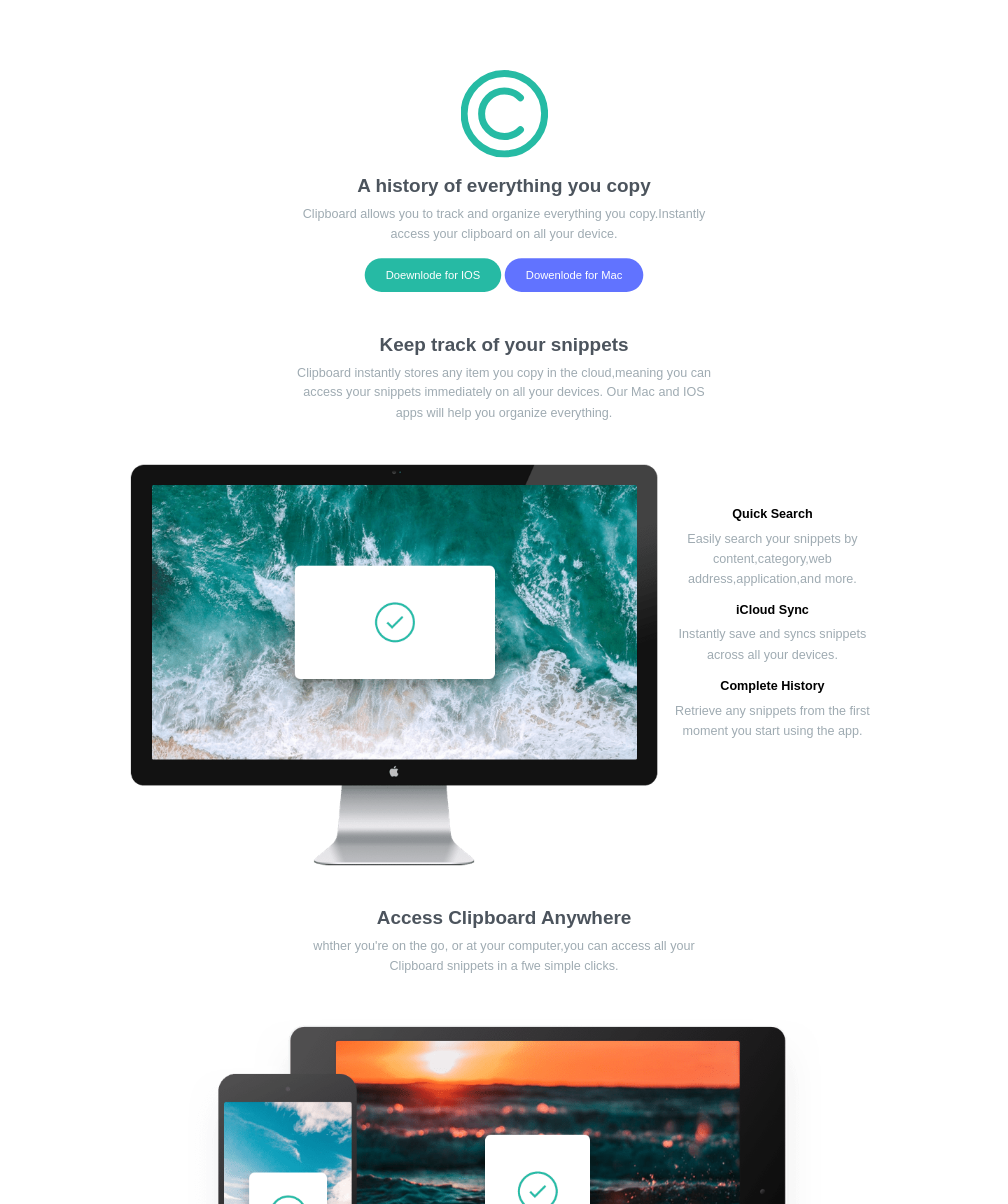
Repository: moataz305G/Clipboard-landing-page
Page: index.html
An editor plug-in stored every save of this project. The page is shown before and after the next save, followed by the edit.
The browser window is 1280 px wide. The page is 1440 px wide, so the pictures cover 1440 px, including what lies to the right of the window. The pictures show the part of the page from y = 0 to 1720 px (the page is 2908 px tall), at 70% of full size.

Above is the page before, as saved 2025-12-05 20:49:10.

### index.html
<!DOCTYPE html>
<html lang="en">
  <head>
    <meta charset="UTF-8" />
    <meta name="viewport" content="width=device-width, initial-scale=1.0" />

    <link
      rel="icon"
      type="image/png"
      sizes="32x32"
      href="./images/favicon-32x32.png"
    />
    <title>Clipboard landing page</title>
    <link rel="stylesheet" href="style.css" />
  </head>
  <body>
    <div class="container">
      <article>
        <div class="hero">
          <img class="logo" src="images/logo.svg" alt="Clipboard Logo" />

          <h1>A history of everything you copy</h1>
          <p>
            Clipboard allows you to track and organize everything you
            copy.Instantly access your clipboard on all your device.
          </p>
          <button class="IOS-button">Doewnlode for IOS</button>
          <button class="Mac-button">Dowenlode for Mac</button>
        </div>

        <div class="snippets">
          <h2>Keep track of your snippets</h2>
          <p>
            Clipboard instantly stores any item you copy in the cloud,meaning
            you can access your snippets immediately on all your devices. Our
            Mac and IOS apps will help you organize everything.
          </p>
        </div>
        <div class="fuatures-computer">
          <img
            class="image-computer"
            src="images/image-computer.png"
            alt="Fuatures "
          />
          <div class="fuatures">
            <div>
              <h4>Quick Search</h4>
              <p>
                Easily search your snippets by content,category,web
                address,application,and more.
              </p>
            </div>
            <div>
              <h4>iCloud Sync</h4>
              <p>Instantly save and syncs snippets across all your devices.</p>
            </div>
            <div>
              <h4>Complete History</h4>
              <p>
                Retrieve any snippets from the first moment you start using the
                app.
              </p>
            </div>
          </div>
        </div>

        <div class="access-anywhere">
          <h2>Access Clipboard Anywhere</h2>
          <p>
            whther you're on the go, or at your computer,you can access all your
            Clipboard snippets in a fwe simple clicks.
          </p>
        </div>

        <img
          class="img-device"
          src="images/image-devices.png"
          alt="image-access-clipboard"
        />

        <div class="workflow">
          <h2>Supercharge your workflow</h2>
          <p>We've got the tools tomboost your productivity.</p>
        </div>

        <div class="tools">
          <div class="blacklist">
            <img src="images/icon-blacklist.svg " />
            <h3>Creat blacklists</h3>
            <p>
              Ensure sensitive information never makes it way to your clipboard
              by excluding certain sources.
            </p>
          </div>

          <div class="Plane-text">
            <img src="images/icon-text.svg" />
            <h3>Plane text snippets</h3>
            <p>
              Remove unwanted formatting from copied text for a consisitent
              look.
            </p>
          </div>

          <div class="preview">
            <img src="images/icon-preview.svg " />
            <h3>Sneak preview</h3>
            <p>
              Quick preview of all snippets on your clipboard for easy access
            </p>
          </div>
        </div>

        <div class="largest-companies">
          <img src="images/logo-google.png" />
          <img src="images/logo-ibm.png" />
          <img src="images/logo-microsoft.png" />
          <img src="images/logo-hp.png" />
          <img src="images/logo-vector-graphics.png" />
        </div>

        <div class="Doewnlode">
          <h2>Clipboard for iOS and Mac OS</h2>
          <p>
            Available for free on the app store,Download for Mac or ios, sync
            with iCloud and you're ready to start adding to your clipboard.
          </p>
          <button class="IOS-button">Download for iOS</button>
          <button class="Mac-button">Download for Mac</button>
        </div>
      </article>

      <footer>
        <div class="links">
          <a href="#">FAQs</a>
          <a href="#">Contact Us</a>
          <a href="#">Privacy Policy</a>
        </div>
        <div class="social-media">
          <img src="images/icon-facebook.svg" />
          <img src="images/icon-twitter.svg" />
          <img src="images/icon-instagram.svg" />
        </div>
      </footer>
    </div>
  </body>
</html>

### style.css
* {
  margin: 0;
  padding: 0;
}
body {
  width: 1440px;
  height: auto;
  margin: 0 auto;
  font-size: 18px;
  font-family: "Bai Jamjuree", sans-serif;
  font-weight: 400;
}
h1,
h2,
h3 {
  color: #4c545d;
  margin-top: 20px;
  margin-bottom: 10px;
}
h2 {
  color: #4c545d;
  margin-top: 20px;
  margin-bottom: 10px;
}
h1,
h2,
h3,
h4 {
  font-weight: 600;
}
p {
  max-width: 600px;
  color: #9fabb2;
  margin: 0 auto;
  margin-top: 10px;
  margin-bottom: 20px;

  line-height: 1.6;
  text-align: center;
}

.container {
  display: grid;
  text-align: center;
  padding: 40px;
}
.hero,
.snippets,
.fuatures,
.access-anywhere,
.tools,
.workflow,
.bag-campany,
.Doewnlode {
  margin: 60px 0;
}

button {
  color: #fff;
  border: none;
  padding: 15px 30px;
  font-size: 16px;
  cursor: pointer;
  border-radius: 30px;
}
.IOS-button {
  background-color: #26baa4ff;
  transition: background-color 0.3s;
}
.IOS-button:hover {
  background-color: #20a18f;
}

.Mac-button {
  background-color: #6173ff;
  transition: background-color 0.3s;
}

.Mac-button:hover {
  background-color: #5262e0;
}

.fuatures-computer {
  display: flex;
  justify-content: center;
  gap: 15px;
}

.fuatures-computer p {
  max-width: 300px;
}

.tools {
  display: flex;
  justify-content: center;
  gap: 30px;
}
.largest-companies {
  display: flex;
  justify-content: center;
  gap: 30px;
}

footer {
  display: flex;
  justify-content: space-between;
  padding: 20px 200px;
}
footer .links {
  display: flex;
  justify-content: center;
  gap: 20px;
}
footer .social-media {
  display: flex;
  justify-content: center;
  gap: 20px;
}

After the next save:
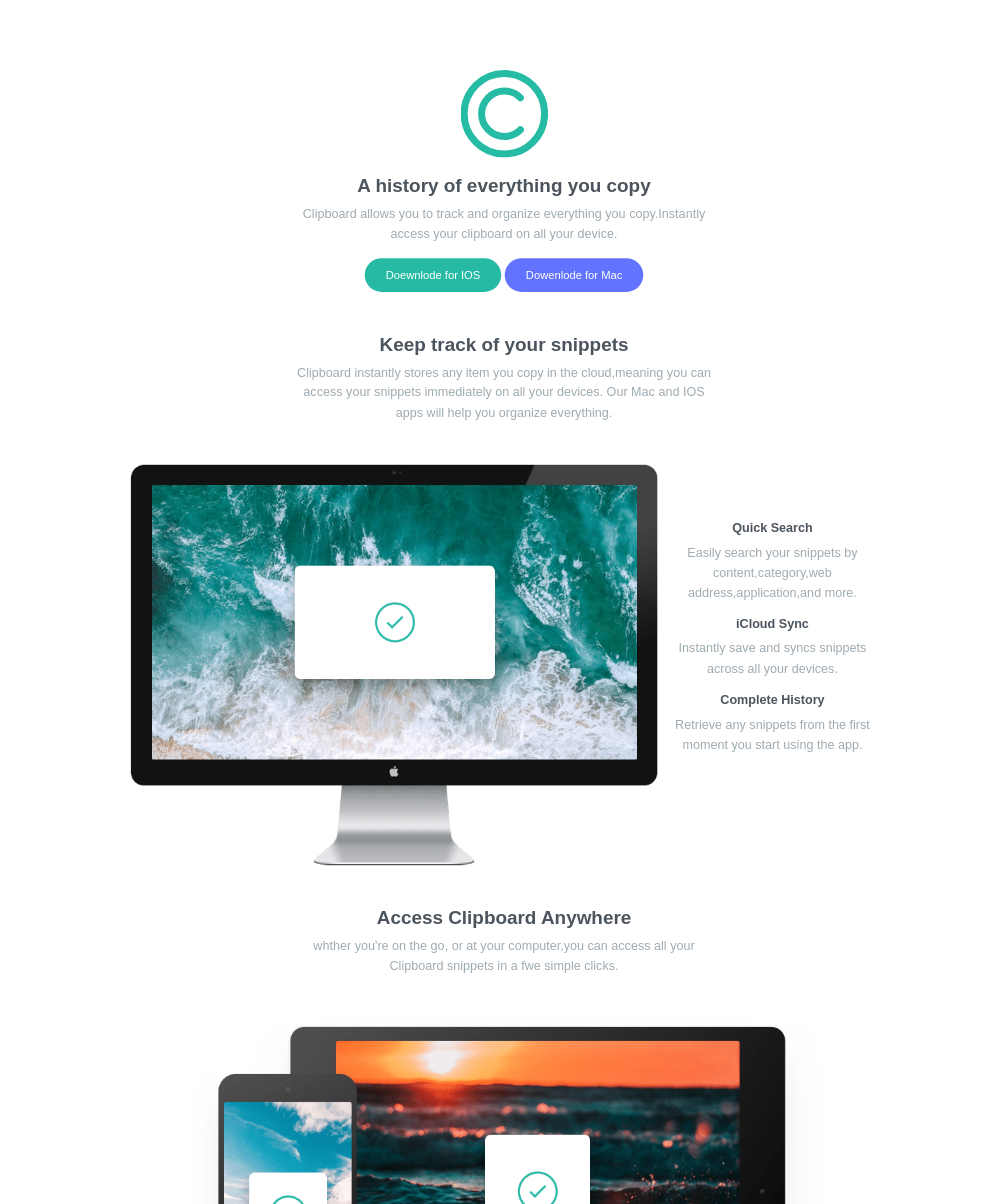
Saved 46 s later.
--- a/style.css
+++ b/style.css
@@ -12,7 +12,8 @@
 }
 h1,
 h2,
-h3 {
+h3,
+h4 {
   color: #4c545d;
   margin-top: 20px;
   margin-bottom: 10px;
@@ -24,8 +25,7 @@
 }
 h1,
 h2,
-h3,
-h4 {
+h3 {
   font-weight: 600;
 }
 p {
